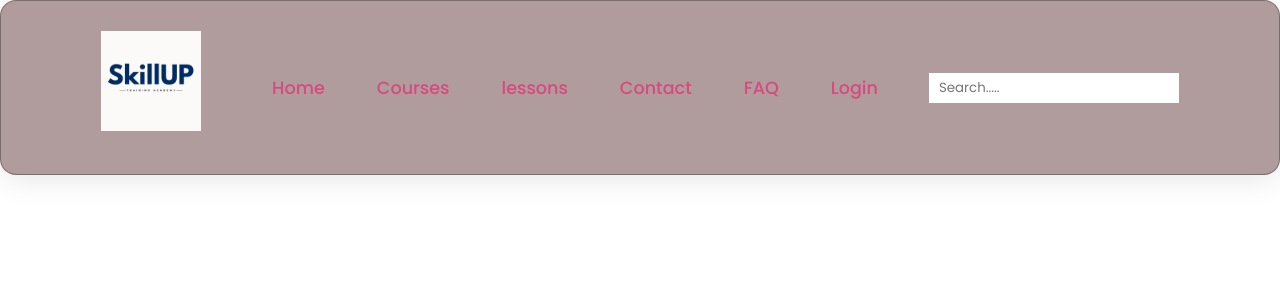
Repository: 2tzz/SkillUp-Academy
Page: home.html
These files come from the project's save history. The page is drawn as it stood at one moment and after the next save; the edit follows.
The browser window is 1280 px wide. The pictures show the whole page.
Some web fonts or font styles are not loaded; a fallback is used.

Above is the page before, as saved 2022-10-22 12:42:37.

### home.html
<!DOCTYPE html>
<html lang="en" dir="ltr">
  <head>
    <meta charset="utf-8">
    <title>Website Landing Page | With Loading Effects and Scrolling Effects</title>
    <link rel="stylesheet" href="/CSS/home.css">
  </head>
  <body>

    <header>
      <a href="#" class="logo" >
        <img src="Img/SkillUP light.png" width="100px" height="100px" alt="Academy logo"/>
      </a>
      <navbar>
        <a href="#" class="active">Home</a>
        <a href="CourseHome.html">Courses</a>
        <a href="Lessons.html">lessons</a>
        <a href="Contact.html">Contact</a>
        <a href="FAQ.html">FAQ</a>
        <a href="login.html">Login</a>
      </navbar>
      <search_bar>
            <form class="search">
                <input type="text" placeholder="Search....." class="input">
            <button type="submit" class="button">
                <i class="ri-search-2-line"></i>
            </button>
        </form>
      </search_bar>
    </header>

    <script src="/JS/home.js"></script>
  </body>
</html>

### CSS/home.css
@import url('https://fonts.googleapis.com/css2?family=Poppins:wght@100;200;300;400;500;600;700;800;900&display=swap');
@import url('https://fonts.googleapis.com/css2?family=Kaushan+Script&display=swap');

*{
  margin: 0;
  padding: 0;
  box-sizing: border-box;
  font-family: "Poppins", sans-serif;
  scroll-behavior: smooth;
}

body{
  min-height: 100vh;
  overflow-x: hidden;
}

header{
    background: rgba(87, 46, 46, 0.47);
border-radius: 16px;
box-shadow: 0 4px 30px rgba(0, 0, 0, 0.1);
backdrop-filter: blur(5px);
-webkit-backdrop-filter: blur(5px);
border: 1px solid rgba(6, 2, 2, 0.3);
  z-index: 999;
  position: absolute;
  top: 0;
  left: 0;
  width: 100%;
  padding: 30px 100px;
  display: flex;
  justify-content: space-between;
  align-items: center;
}

header .logo{
  font-size: 2em;
  text-transform: uppercase;
  font-weight: 800;
  text-decoration: none;
  background: linear-gradient(to right, #d7487e, #ea6360);
  -webkit-background-clip: text;
  -webkit-text-fill-color: transparent;
}

header navbar{
  display: flex;
  justify-content: center;
  align-items: center;
}

header navbar a{
  color: #d9497e;
  font-size: 1.1em;
  font-weight: 500;
  text-decoration: none;
  margin-left: 20px;
  padding: 5px 16px;
  border-radius: 20px;
  transition: 0.3s;
  transition-property: background, color;
}

header navbar a:hover{
  background: linear-gradient(to bottom, #d94a7f, #fe9261);
  color: #fff;
}

.home{
  position: relative;
  width: 100%;
  height: 100vh;
  padding: 100px;
  display: flex;
  justify-content: center;
  align-items: center;
  flex-direction: column;
}

.home:before{
  content: '';
  z-index: 10;
  position: absolute;
  width: 100%;
  height: 80px;
  background: linear-gradient(to top, #722d59, transparent);
  bottom: 0;
}


.home img{
  position: absolute;
  top: 0;
  left: 0;
  width: 100%;
  height: 100%;
  object-fit: cover;
  pointer-events: none;
}

/* Search box */
header search_bar{
    display: flex;
    justify-content: center;
    align-items: center;
}
.search{
    float: right;
    position: relative;
    height: 30px;
    width: 250px;
    background-color: rgb(255, 255, 255);
    backdrop-filter: blur(2rem);
    display: flex;
    justify-content: flex-end;
    border: #a11d1d;
}
.search::before{
    content: "";
    position: absolute;
    left: 0;
    bottom: 0;
    width: 100%;
    height: 2px;
    background: #c52520;
    transform: scaleX(0);
    transform-origin: center;
    transform-origin: left;
    transition: transform .25s ;
}
.search:focus-within::before{
    transform: scale(1);
}
.search input,
.search button{
    border: none;
    outline: none;
    background-color: transparent;
    color: #8e8e8e;
}
.input{
    width: 100%;
    padding: 10px;
}
.button{
    display: grid;
    place-items: center;
    width: 50px;
    font-size: 20px;
    cursor: pointer;
    transition: color .25s;
}
.button:hover{
    background: #0170f0;
  }


.logo, navbar,search_bar{
  transform: translateY(-70px);
  transition: 0.8s;
}

### JS/home.js

const logo = document.querySelector(".logo");
const navbar = document.querySelector("navbar");
const search_bar=document.querySelector("search_bar");

//reveal elements on page loading
window.addEventListener("load", () => {
  logo.style.transform = "translateY(0)";
  navbar.style.transform = "translateY(0)";
  search_bar.style.transform ="translateY(0)";
});

 //scrolling effects on website elements
 /*window.addEventListener("scroll", () => {
    const scrollVal = window.scrollY;
  });
*/

After the next save:
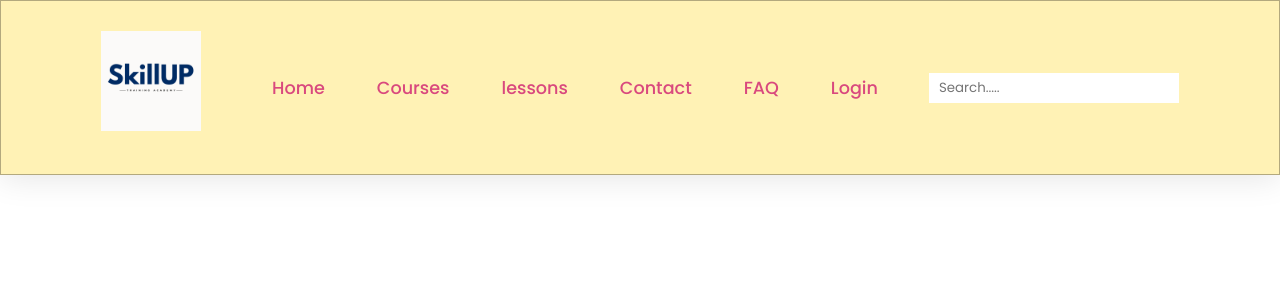
Saved 38 s later.
--- a/CSS/home.css
+++ b/CSS/home.css
@@ -15,8 +15,7 @@ body{
 }
 
 header{
-    background: rgba(87, 46, 46, 0.47);
-border-radius: 16px;
+    background: rgba(254, 228, 98, 0.47);
 box-shadow: 0 4px 30px rgba(0, 0, 0, 0.1);
 backdrop-filter: blur(5px);
 -webkit-backdrop-filter: blur(5px);
